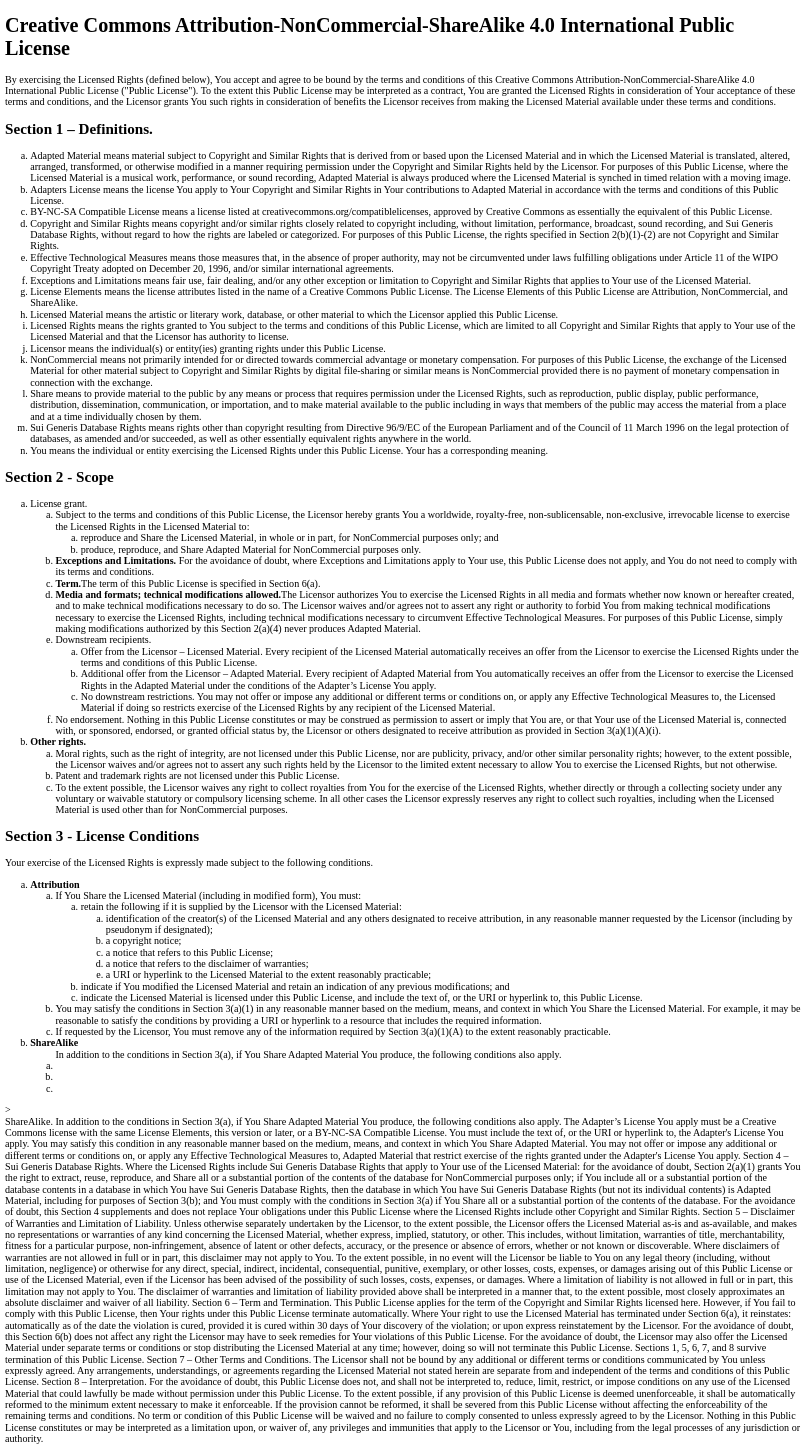
Repository: Team-Ikigami/Ascendance
Page: LICENSE-CC BY-NC-SA.html
The author's editor kept a copy of each file at every save. The page is drawn from the files as they stood at one save, then again after the next save.
The browser window is 1280 px wide. The pictures show the whole page, at 63% of full size.

Above is the page before, as saved 2021-12-12 01:51:02.

### LICENSE-CC BY-NC-SA.html
<!DOCTYPE html>
<html lang="en">
<head>
	<meta charset="UTF-8">
	<meta http-equiv="X-UA-Compatible" content="IE=edge">
	<meta name="viewport" content="width=device-width, initial-scale=1.0">
	<title>LICENSE-CC BY-NC-SA</title>
	<style type="text/css">
		ol { list-style-type: lower-alpha; }
		#center { text-align: center; }
	</style>
</head>
<body>
	<h1 class="center">Creative Commons Attribution-NonCommercial-ShareAlike 4.0 International Public License</h1>
	<p>
		By exercising the Licensed Rights (defined below), You accept and agree to be bound by the terms and conditions of this Creative Commons Attribution-NonCommercial-ShareAlike 4.0 International Public License ("Public License"). To the extent this Public License may be interpreted as a contract, You are granted the Licensed Rights in consideration of Your acceptance of these terms and conditions, and the Licensor grants You such rights in consideration of benefits the Licensor receives from making the Licensed Material available under these terms and conditions.
	</p>
	<h2 class="center">Section 1 – Definitions.</h2>
	<ol>
		<li>Adapted Material means material subject to Copyright and Similar Rights that is derived from or based upon the Licensed Material and in which the Licensed Material is translated, altered, arranged, transformed, or otherwise modified in a manner requiring permission under the Copyright and Similar Rights held by the Licensor. For purposes of this Public License, where the Licensed Material is a musical work, performance, or sound recording, Adapted Material is always produced where the Licensed Material is synched in timed relation with a moving image.</li>
		<li>Adapters License means the license You apply to Your Copyright and Similar Rights in Your contributions to Adapted Material in accordance with the terms and conditions of this Public License.</li>
		<li>BY-NC-SA Compatible License means a license listed at creativecommons.org/compatiblelicenses, approved by Creative Commons as essentially the equivalent of this Public License.</li>
		<li>Copyright and Similar Rights means copyright and/or similar rights closely related to copyright including, without limitation, performance, broadcast, sound recording, and Sui Generis Database Rights, without regard to how the rights are labeled or categorized. For purposes of this Public License, the rights specified in Section 2(b)(1)-(2) are not Copyright and Similar Rights.</li>
		<li>Effective Technological Measures means those measures that, in the absence of proper authority, may not be circumvented under laws fulfilling obligations under Article 11 of the WIPO Copyright Treaty adopted on December 20, 1996, and/or similar international agreements.</li>
		<li>Exceptions and Limitations means fair use, fair dealing, and/or any other exception or limitation to Copyright and Similar Rights that applies to Your use of the Licensed Material.</li>
		<li>License Elements means the license attributes listed in the name of a Creative Commons Public License. The License Elements of this Public License are Attribution, NonCommercial, and ShareAlike.</li>
		<li>Licensed Material means the artistic or literary work, database, or other material to which the Licensor applied this Public License.</li>
		<li>Licensed Rights means the rights granted to You subject to the terms and conditions of this Public License, which are limited to all Copyright and Similar Rights that apply to Your use of the Licensed Material and that the Licensor has authority to license.</li>
		<li>Licensor means the individual(s) or entity(ies) granting rights under this Public License.</li>
		<li>NonCommercial means not primarily intended for or directed towards commercial advantage or monetary compensation. For purposes of this Public License, the exchange of the Licensed Material for other material subject to Copyright and Similar Rights by digital file-sharing or similar means is NonCommercial provided there is no payment of monetary compensation in connection with the exchange.</li>
		<li>Share means to provide material to the public by any means or process that requires permission under the Licensed Rights, such as reproduction, public display, public performance, distribution, dissemination, communication, or importation, and to make material available to the public including in ways that members of the public may access the material from a place and at a time individually chosen by them.</li>
		<li>Sui Generis Database Rights means rights other than copyright resulting from Directive 96/9/EC of the European Parliament and of the Council of 11 March 1996 on the legal protection of databases, as amended and/or succeeded, as well as other essentially equivalent rights anywhere in the world.</li>
		<li>You means the individual or entity exercising the Licensed Rights under this Public License. Your has a corresponding meaning.</li>
	</ol>
	<h2>Section 2 - Scope</h2>
	<ol>
		<li>License grant.
			<ol>
				<li>Subject to the terms and conditions of this Public License, the Licensor hereby grants You a worldwide, royalty-free, non-sublicensable, non-exclusive, irrevocable license to exercise the Licensed Rights in the Licensed Material to:
					<ol>
						<li>reproduce and Share the Licensed Material, in whole or in part, for NonCommercial purposes only; and</li>
						<li>produce, reproduce, and Share Adapted Material for NonCommercial purposes only.</li>
					</ol>
				</li>
				<li><b>Exceptions and Limitations.</b> For the avoidance of doubt, where Exceptions and Limitations apply to Your use, this Public License does not apply, and You do not need to comply with its terms and conditions.</li>
				<li><b>Term.</b>The term of this Public License is specified in Section 6(a).</li>
				<li><b>Media and formats; technical modifications allowed.</b>The Licensor authorizes You to exercise the Licensed Rights in all media and formats whether now known or hereafter created, and to make technical modifications necessary to do so. The Licensor waives and/or agrees not to assert any right or authority to forbid You from making technical modifications necessary to exercise the Licensed Rights, including technical modifications necessary to circumvent Effective Technological Measures. For purposes of this Public License, simply making modifications authorized by this Section 2(a)(4) never produces Adapted Material.</li>
				<li>Downstream recipients.
					<ol>
						<li>Offer from the Licensor – Licensed Material. Every recipient of the Licensed Material automatically receives an offer from the Licensor to exercise the Licensed Rights under the terms and conditions of this Public License.</li>
						<li>Additional offer from the Licensor – Adapted Material. Every recipient of Adapted Material from You automatically receives an offer from the Licensor to exercise the Licensed Rights in the Adapted Material under the conditions of the Adapter’s License You apply.</li>
						<li>No downstream restrictions. You may not offer or impose any additional or different terms or conditions on, or apply any Effective Technological Measures to, the Licensed Material if doing so restricts exercise of the Licensed Rights by any recipient of the Licensed Material.</li>
					</ol>
				</li>
				<li>No endorsement. Nothing in this Public License constitutes or may be construed as permission to assert or imply that You are, or that Your use of the Licensed Material is, connected with, or sponsored, endorsed, or granted official status by, the Licensor or others designated to receive attribution as provided in Section 3(a)(1)(A)(i).</li>
			</ol>
		</li>
		<li><b>Other rights.</b>
			<ol>
				<li>Moral rights, such as the right of integrity, are not licensed under this Public License, nor are publicity, privacy, and/or other similar personality rights; however, to the extent possible, the Licensor waives and/or agrees not to assert any such rights held by the Licensor to the limited extent necessary to allow You to exercise the Licensed Rights, but not otherwise.</li>
				<li>Patent and trademark rights are not licensed under this Public License.</li>
				<li>To the extent possible, the Licensor waives any right to collect royalties from You for the exercise of the Licensed Rights, whether directly or through a collecting society under any voluntary or waivable statutory or compulsory licensing scheme. In all other cases the Licensor expressly reserves any right to collect such royalties, including when the Licensed Material is used other than for NonCommercial purposes.</li>
			</ol>
		</li>
	</ol>
	<div>
		<h2>Section 3 - License Conditions</h2>
		Your exercise of the Licensed Rights is expressly made subject to the following conditions.
		<ol>
			<li><b>Attribution</b>
				<ol>
					<li>If You Share the Licensed Material (including in modified form), You must:
						<ol>
							<li>retain the following if it is supplied by the Licensor with the Licensed Material:
								<ol>
									<li>identification of the creator(s) of the Licensed Material and any others designated to receive attribution, in any reasonable manner requested by the Licensor (including by pseudonym if designated);</li>
									<li>a copyright notice;</li>
									<li>a notice that refers to this Public License;</li>
									<li>a notice that refers to the disclaimer of warranties;</li>
									<li>a URI or hyperlink to the Licensed Material to the extent reasonably practicable;</li>
								</ol>
							</li>
							<li>indicate if You modified the Licensed Material and retain an indication of any previous modifications; and</li>
							<li>indicate the Licensed Material is licensed under this Public License, and include the text of, or the URI or hyperlink to, this Public License.</li>
						</ol>
					</li>
					<li>You may satisfy the conditions in Section 3(a)(1) in any reasonable manner based on the medium, means, and context in which You Share the Licensed Material. For example, it may be reasonable to satisfy the conditions by providing a URI or hyperlink to a resource that includes the required information.</li>
					<li>If requested by the Licensor, You must remove any of the information required by Section 3(a)(1)(A) to the extent reasonably practicable.</li>
				</ol>
			</li>
			<li><b>ShareAlike</b>
				<ol>
					In addition to the conditions in Section 3(a), if You Share Adapted Material You produce, the following conditions also apply.
					<li></li>
					<li></li>
					<li></li>
				</ol>
			</li>
		</ol>>
	</div>
</body>
</html>


ShareAlike.
In addition to the conditions in Section 3(a), if You Share Adapted Material You produce, the following conditions also apply.

The Adapter’s License You apply must be a Creative Commons license with the same License Elements, this version or later, or a BY-NC-SA Compatible License.
You must include the text of, or the URI or hyperlink to, the Adapter's License You apply. You may satisfy this condition in any reasonable manner based on the medium, means, and context in which You Share Adapted Material.
You may not offer or impose any additional or different terms or conditions on, or apply any Effective Technological Measures to, Adapted Material that restrict exercise of the rights granted under the Adapter's License You apply.
Section 4 – Sui Generis Database Rights.

Where the Licensed Rights include Sui Generis Database Rights that apply to Your use of the Licensed Material:

for the avoidance of doubt, Section 2(a)(1) grants You the right to extract, reuse, reproduce, and Share all or a substantial portion of the contents of the database for NonCommercial purposes only;
if You include all or a substantial portion of the database contents in a database in which You have Sui Generis Database Rights, then the database in which You have Sui Generis Database Rights (but not its individual contents) is Adapted Material, including for purposes of Section 3(b); and
You must comply with the conditions in Section 3(a) if You Share all or a substantial portion of the contents of the database.
For the avoidance of doubt, this Section 4 supplements and does not replace Your obligations under this Public License where the Licensed Rights include other Copyright and Similar Rights.
Section 5 – Disclaimer of Warranties and Limitation of Liability.

Unless otherwise separately undertaken by the Licensor, to the extent possible, the Licensor offers the Licensed Material as-is and as-available, and makes no representations or warranties of any kind concerning the Licensed Material, whether express, implied, statutory, or other. This includes, without limitation, warranties of title, merchantability, fitness for a particular purpose, non-infringement, absence of latent or other defects, accuracy, or the presence or absence of errors, whether or not known or discoverable. Where disclaimers of warranties are not allowed in full or in part, this disclaimer may not apply to You.
To the extent possible, in no event will the Licensor be liable to You on any legal theory (including, without limitation, negligence) or otherwise for any direct, special, indirect, incidental, consequential, punitive, exemplary, or other losses, costs, expenses, or damages arising out of this Public License or use of the Licensed Material, even if the Licensor has been advised of the possibility of such losses, costs, expenses, or damages. Where a limitation of liability is not allowed in full or in part, this limitation may not apply to You.
The disclaimer of warranties and limitation of liability provided above shall be interpreted in a manner that, to the extent possible, most closely approximates an absolute disclaimer and waiver of all liability.
Section 6 – Term and Termination.

This Public License applies for the term of the Copyright and Similar Rights licensed here. However, if You fail to comply with this Public License, then Your rights under this Public License terminate automatically.
Where Your right to use the Licensed Material has terminated under Section 6(a), it reinstates:

automatically as of the date the violation is cured, provided it is cured within 30 days of Your discovery of the violation; or
upon express reinstatement by the Licensor.
For the avoidance of doubt, this Section 6(b) does not affect any right the Licensor may have to seek remedies for Your violations of this Public License.
For the avoidance of doubt, the Licensor may also offer the Licensed Material under separate terms or conditions or stop distributing the Licensed Material at any time; however, doing so will not terminate this Public License.
Sections 1, 5, 6, 7, and 8 survive termination of this Public License.
Section 7 – Other Terms and Conditions.

The Licensor shall not be bound by any additional or different terms or conditions communicated by You unless expressly agreed.
Any arrangements, understandings, or agreements regarding the Licensed Material not stated herein are separate from and independent of the terms and conditions of this Public License.
Section 8 – Interpretation.

For the avoidance of doubt, this Public License does not, and shall not be interpreted to, reduce, limit, restrict, or impose conditions on any use of the Licensed Material that could lawfully be made without permission under this Public License.
To the extent possible, if any provision of this Public License is deemed unenforceable, it shall be automatically reformed to the minimum extent necessary to make it enforceable. If the provision cannot be reformed, it shall be severed from this Public License without affecting the enforceability of the remaining terms and conditions.
No term or condition of this Public License will be waived and no failure to comply consented to unless expressly agreed to by the Licensor.
Nothing in this Public License constitutes or may be interpreted as a limitation upon, or waiver of, any privileges and immunities that apply to the Licensor or You, including from the legal processes of any jurisdiction or authority.

After the next save:
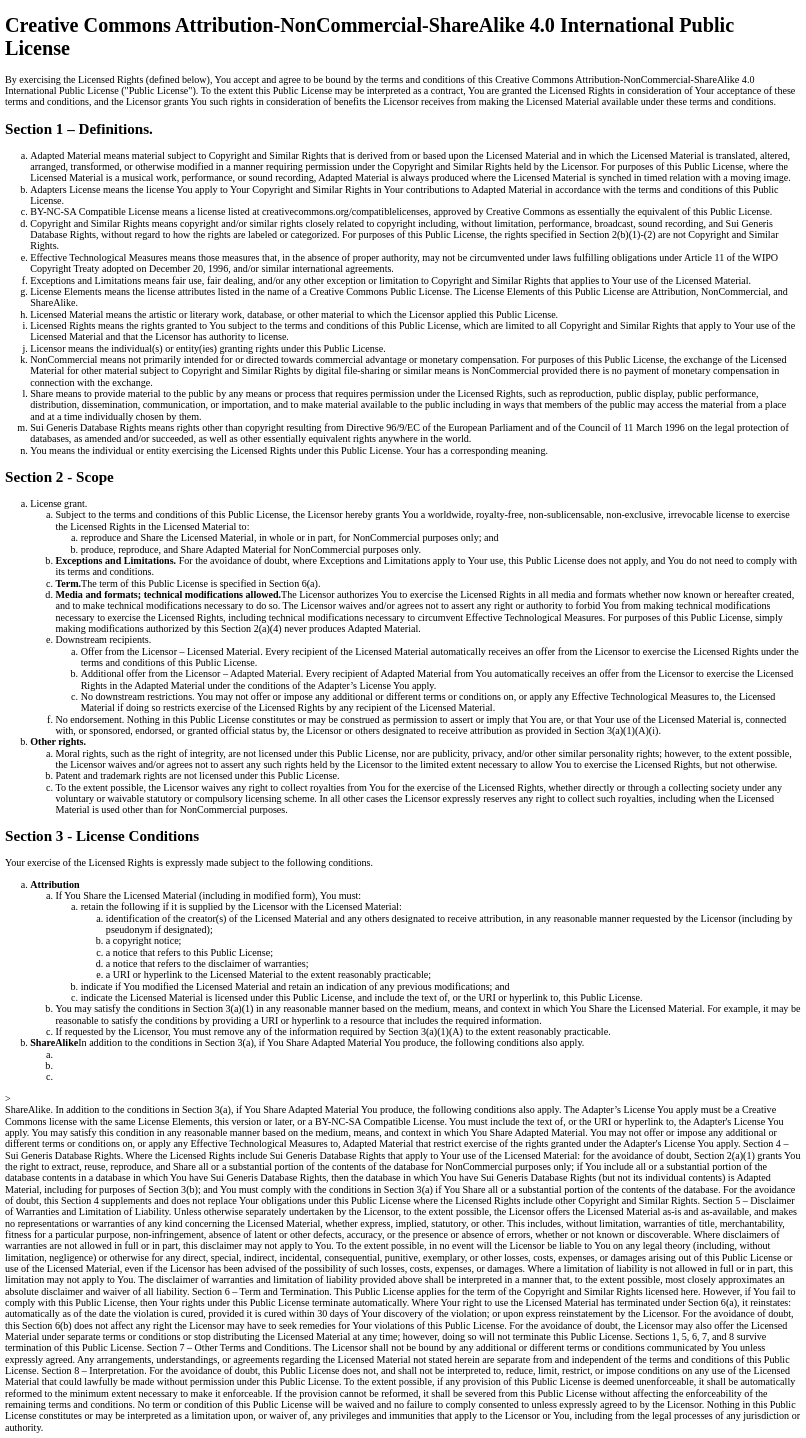
Saved 18 s later.
--- a/LICENSE-CC BY-NC-SA.html
+++ b/LICENSE-CC BY-NC-SA.html
@@ -88,9 +88,8 @@
 					<li>If requested by the Licensor, You must remove any of the information required by Section 3(a)(1)(A) to the extent reasonably practicable.</li>
 				</ol>
 			</li>
-			<li><b>ShareAlike</b>
+			<li><b>ShareAlike</b>In addition to the conditions in Section 3(a), if You Share Adapted Material You produce, the following conditions also apply.
 				<ol>
-					In addition to the conditions in Section 3(a), if You Share Adapted Material You produce, the following conditions also apply.
 					<li></li>
 					<li></li>
 					<li></li>
